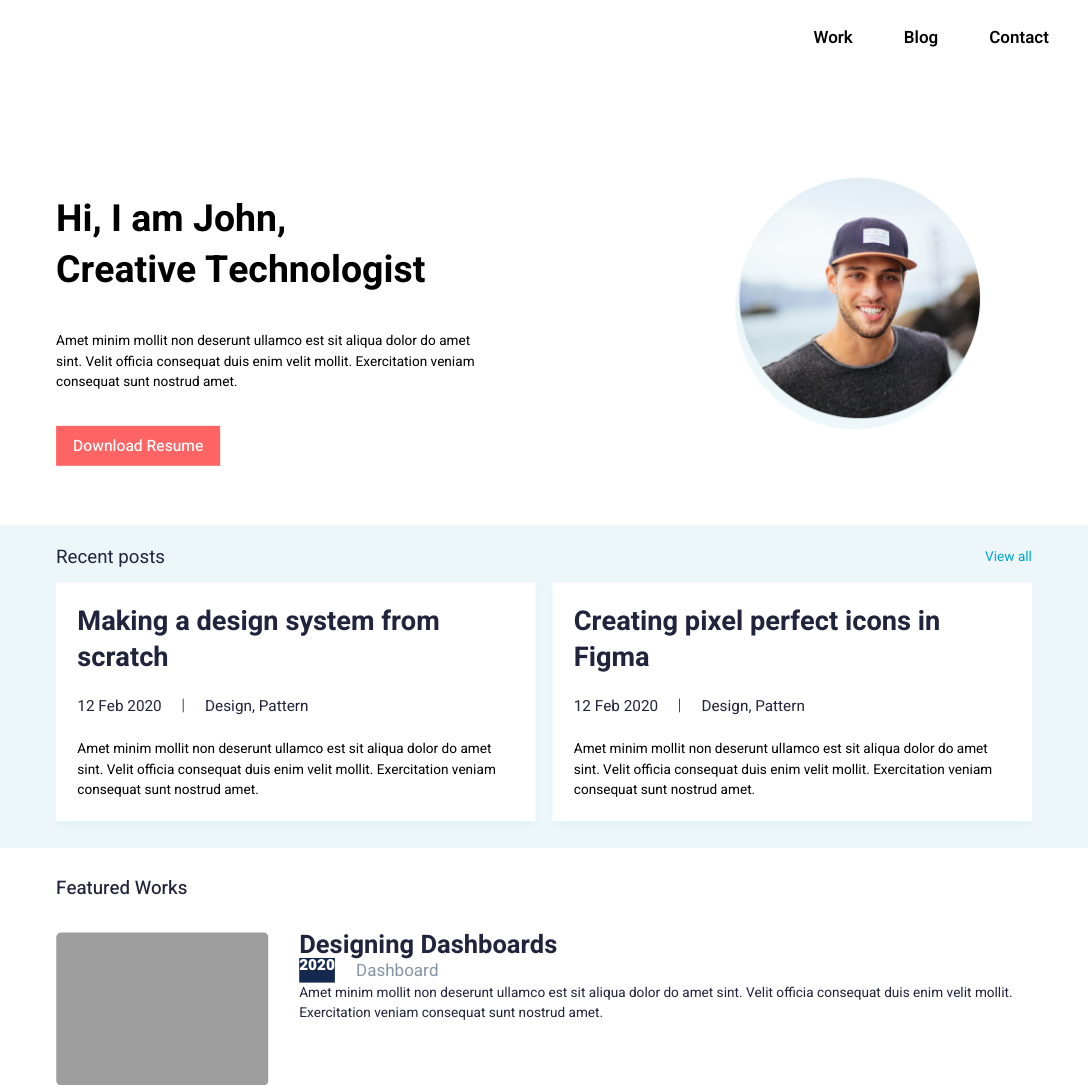
Repository: sharma171/portfolio
Page: /
The author's editor kept a copy of each file at every save. The page is drawn from the files as they stood at one save, then again after a run of saves.
The browser window is 1280 px wide. The pictures show the whole page, at 85% of full size.
Pictures or frames that could not be fetched are drawn as grey boxes. The project was rebuilt for these pictures with package versions that can differ from the ones it lists, and the page was loaded fresh each time. The framework's server and built-in components were replaced by stand-ins that run in the browser. Also part of the build but not shown: next.config.mjs.

Above is the page before, as saved 2024-06-02 00:20:26.

After the next 2 saves:
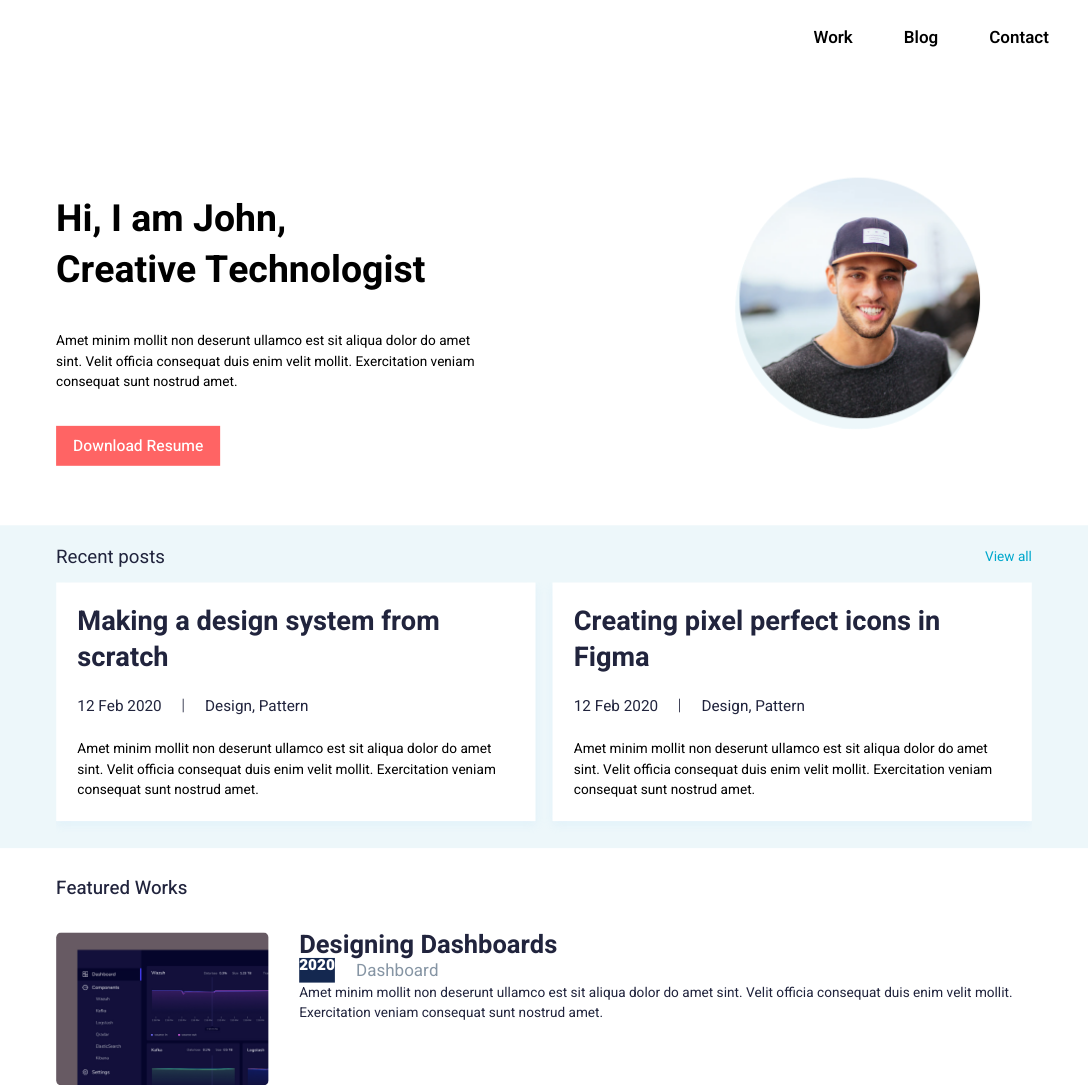
The 2 saves are shown as one change because 1 did not build or start.
The last was saved 2 min 0 s later.
--- a/src/components/Featuredworks.jsx
+++ b/src/components/Featuredworks.jsx
@@ -1,4 +1,5 @@
 import React from "react";
+import Image from "next/image"
 
 import ThumbImg from "../../public/work/work1.jpg"
 
@@ -8,7 +9,7 @@ const FeaturedWorks = () => {
         <div className="workcards">
             <div className="card-item">
                 <div className="card-thumb">
-                    <img src={ThumbImg} alt="thumbnail" className="thumb-img" />
+                    <Image src={ThumbImg} alt="thumbnail" className="thumb-img" />
                 </div>
                 <div className="card-info">
                     <h3 className="heading">Designing Dashboards</h3>
